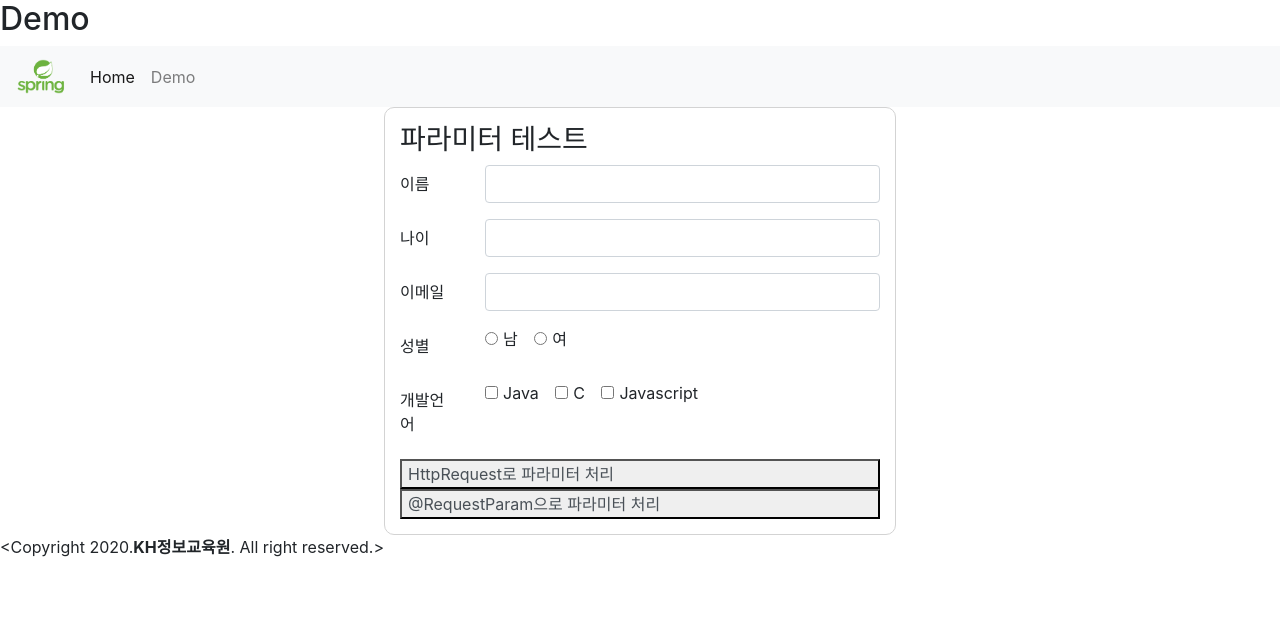
Repository: jihyun3/final_project
Page: http://localhost/01_HelloSpring/WEB-INF/views/demo/demo.jsp
An editor plug-in stored every save of this project. The page is shown before and after the next save, followed by the edit.
The browser window is 1280 px wide. The pictures show the whole page.
The page is served by Tomcat 9. Nobody is signed in. The template is opened directly, without the code that normally fills it, so the values that code supplies are empty.

Above is the page before, as saved 2020-10-16 06:04:58.

After the next save:
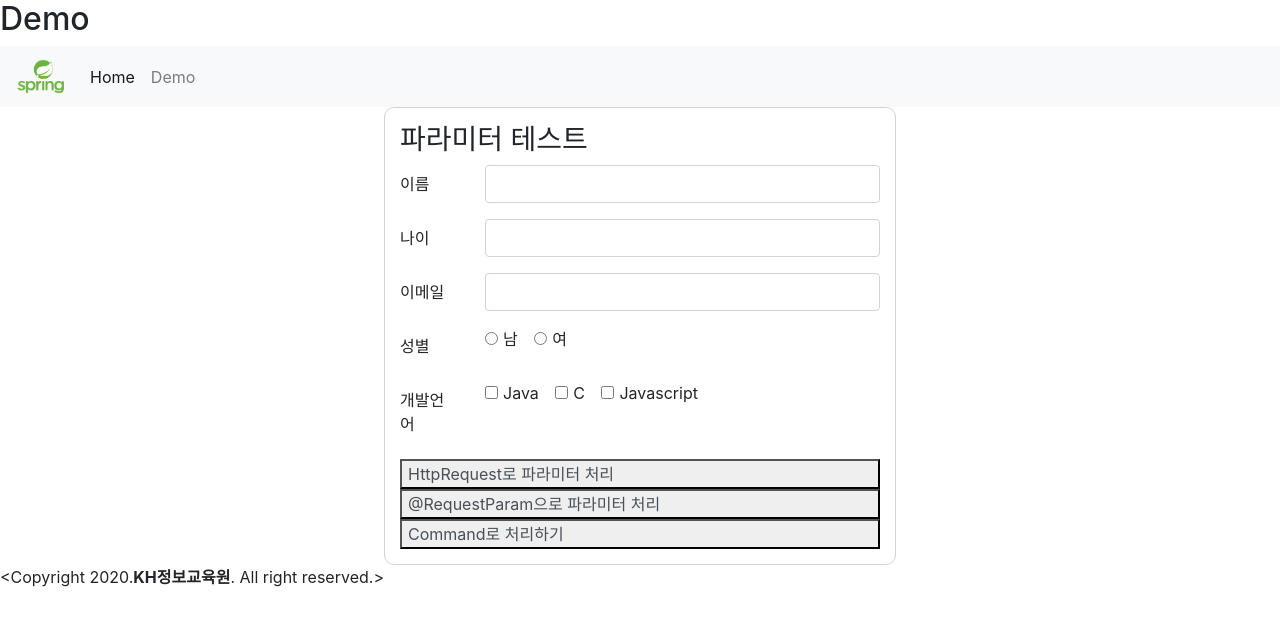
Saved 3 min 21 s later.
--- a/01_HelloSpring/src/main/webapp/WEB-INF/views/demo/demo.jsp
+++ b/01_HelloSpring/src/main/webapp/WEB-INF/views/demo/demo.jsp
@@ -83,6 +83,10 @@ div#demo-container {
 			<button type="button" onclick="demo('demo2');"
 				class="list-group-item-action">@RequestParam으로 파라미터 처리</button>
 		</div>
+		<div class="list-group">
+			<button type="button" onclick="demo('demo3');"
+				class="list-group-item-action">Command로 처리하기</button>
+		</div>
 	</div>
 	<script>
 		function demo(src){
